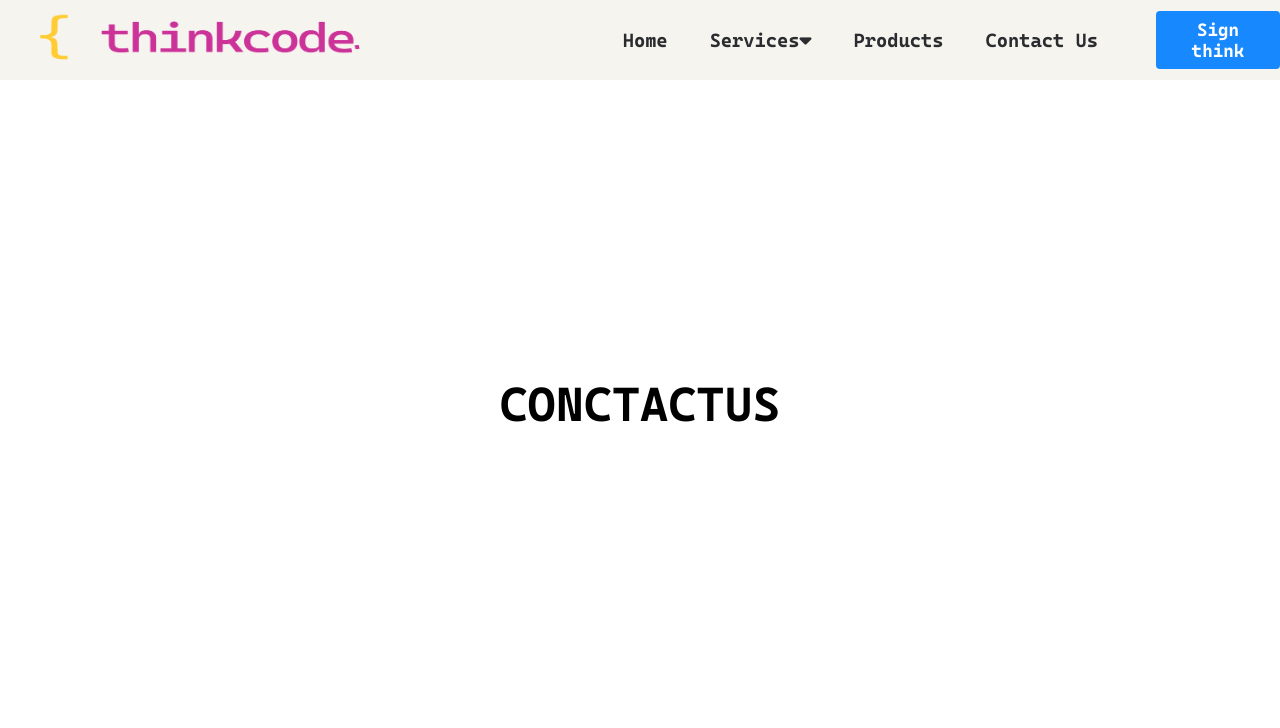
Repository: banchiec/thinkcode
Page: /contact-us
The author's editor kept a copy of each file at every save. The page is drawn from the files as they stood at one save, then again after the next save.
The browser window is 1280 px wide. The pictures show the whole page.
Some web libraries are served in a nearby version. The project was rebuilt for these pictures with package versions that can differ from the ones it lists, and the page was loaded fresh each time. Also part of the build but not shown: src/components/MenuItems.js, src/components/Dropdownthink.css, src/components/Dropdownthink.js, src/components/pages/Consulting.js, src/components/pages/Home.js, src/components/pages/Marketing.js, src/components/pages/Products.js, src/components/pages/Services.js and 1 more.

Above is the page before, as saved 2020-11-25 15:57:15.

After the next save:
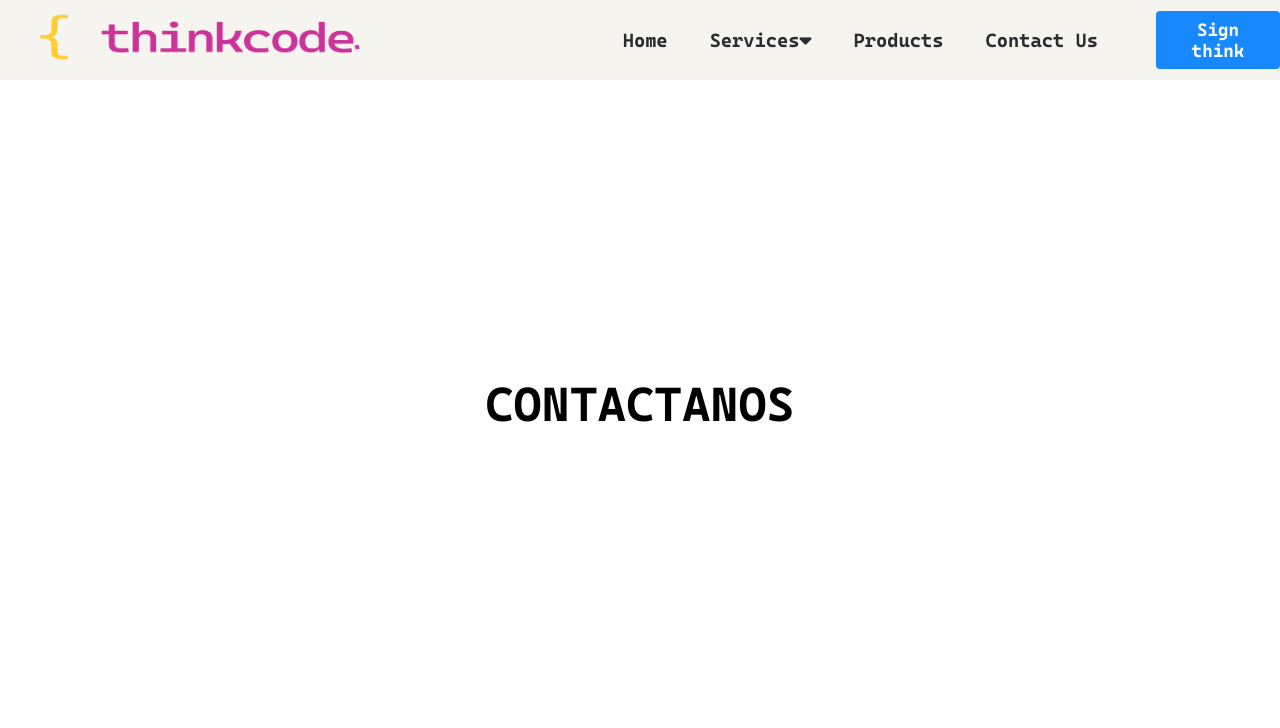
Saved 111 s later.
--- a/src/components/pages/ContactUs.js
+++ b/src/components/pages/ContactUs.js
@@ -3,7 +3,7 @@ import React from 'react'
 export default function ContactUs() {
     return (
         <div>
-           <h1 className='consulting'>CONCTACTUS</h1>
+           <h1 className='consulting'>CONTACTANOS</h1>
         </div>
     )
 }
